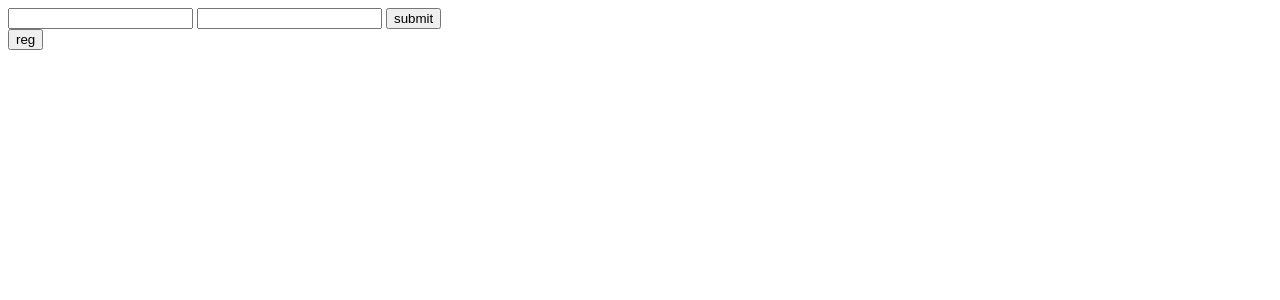
Repository: Codetesing/KNU_CAR
Page: KNU_CAR/src/main/webapp/html/login_index.html
An editor plug-in stored every save of this project. The page is shown before and after the next save, followed by the edit.
The browser window is 1280 px wide. The pictures show the whole page.

Above is the page before, as saved 2022-12-05 11:54:43.

After the next save:
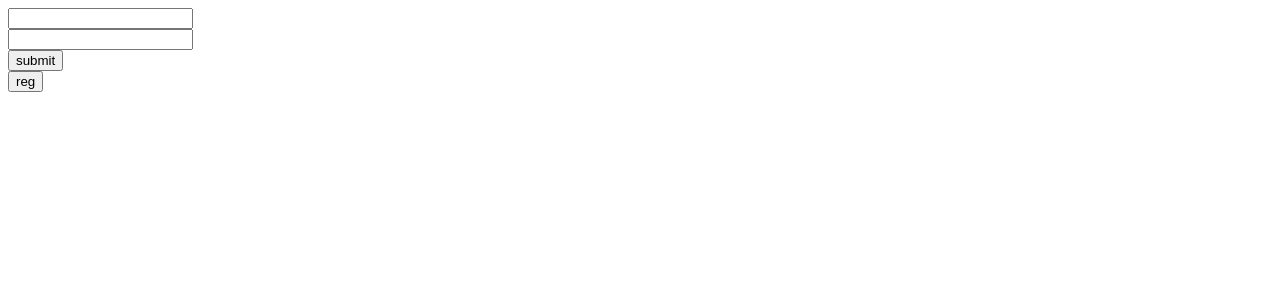
Saved 3 min 4 s later.
--- a/KNU_CAR/src/main/webapp/html/login_index.html
+++ b/KNU_CAR/src/main/webapp/html/login_index.html
@@ -7,9 +7,9 @@
 <body>
 <div>
 	<form action='../jsp.login_post.jsp' method='POST'>
-		<input type='text' name='id'>
-		<input type='text' name='pw'>
-		<input type='submit' value='submit'>
+		<input type='text' name='id'><br>
+		<input type='text' name='pw'><br>
+		<input type='submit' value='submit'><br>
 	</form>
 </div>
 <div>
